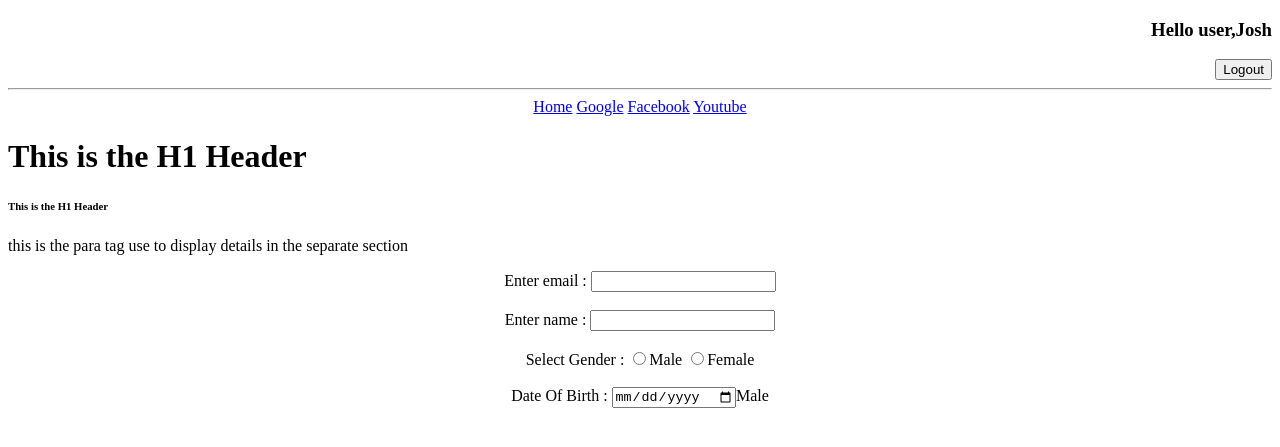
Repository: devandevare/Java
Page: Adv Java/Projects/first-web-app/src/main/webapp/demo.html
An editor plug-in stored every save of this project. The page is shown before and after a run of saves, followed by the edit.
The browser window is 1280 px wide. The pictures show the whole page.

Above is the page before, as saved 2022-09-25 05:53:34.

After the next 2 saves:
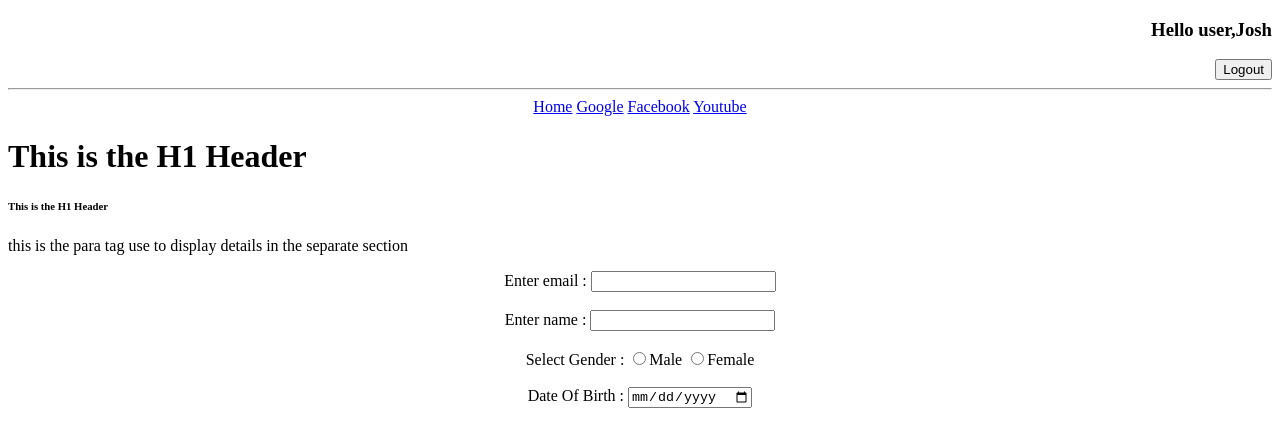
The 2 saves are shown as one change because they came seconds apart.
The last was saved 12 s later.
--- a/Adv Java/Projects/first-web-app/src/main/webapp/demo.html
+++ b/Adv Java/Projects/first-web-app/src/main/webapp/demo.html
@@ -41,7 +41,7 @@
 		<br/>
 		<br/>
 			<label>Date Of Birth :</label>
-		<input type="date" name="dob" >Male </input>
+		<input type="date" name="dob"> </input>
 		</form>
 		</div>
 
